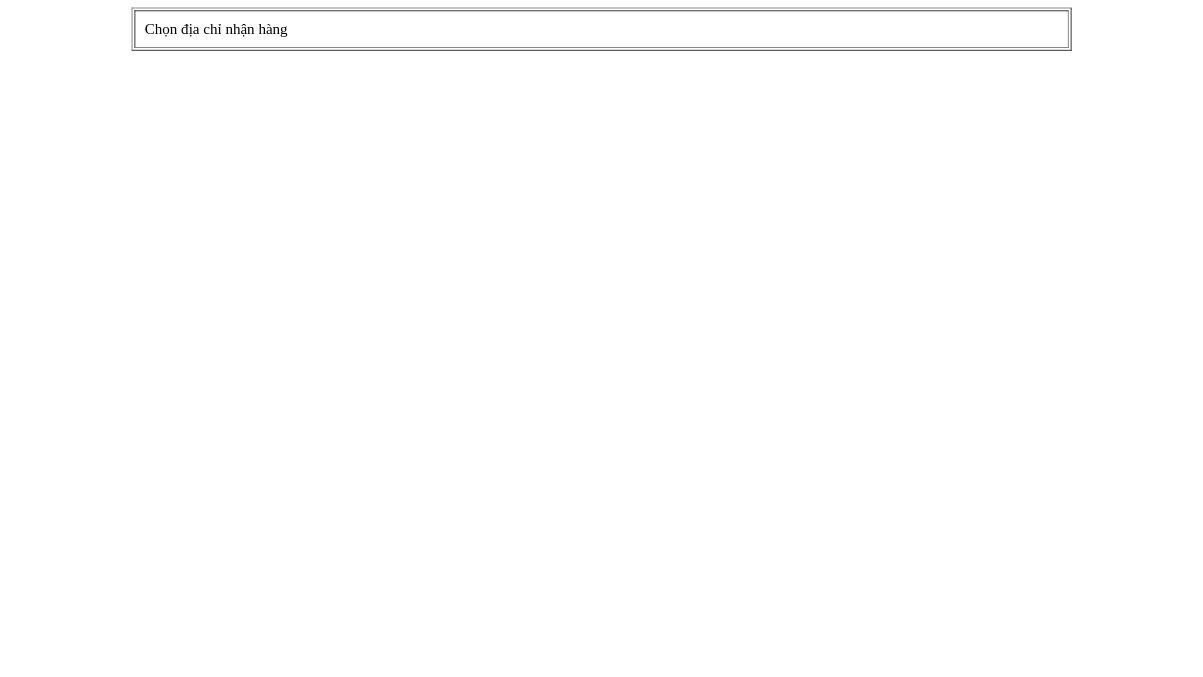
Repository: Tan-Khang21/TH_TKW--Buoi_04
Page: Bai_Tap_Tren_Lop/Bai_03/Bai_03.html
These files come from the project's save history. The page is drawn as it stood at one moment and after the next save; the edit follows.
The browser window is 1280 px wide. The pictures show the whole page, at 94% of full size.

Above is the page before, as saved 2024-03-07 20:02:46.

After the next save:
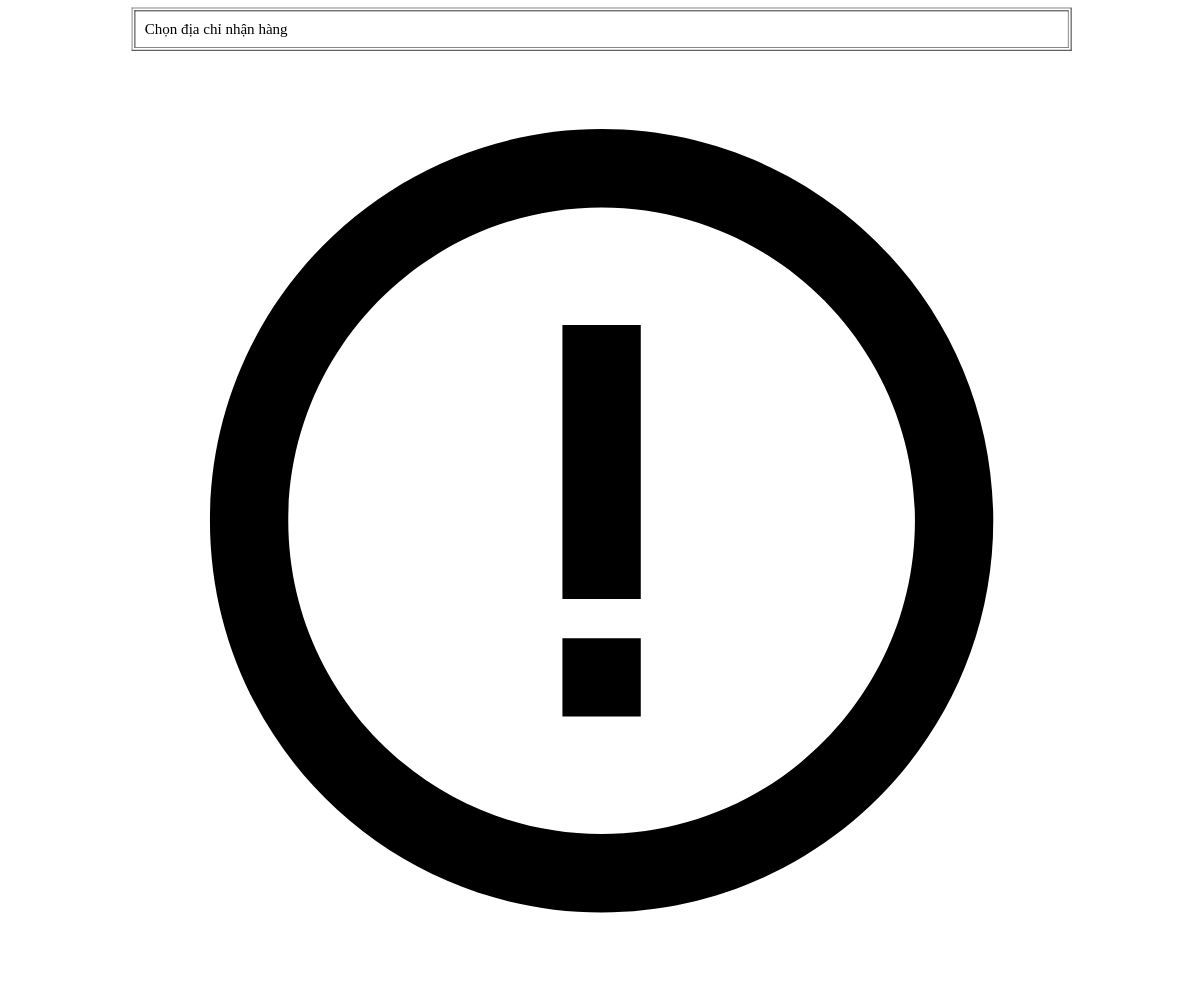
Saved 8 min 17 s later.
--- a/Bai_Tap_Tren_Lop/Bai_03/Bai_03.html
+++ b/Bai_Tap_Tren_Lop/Bai_03/Bai_03.html
@@ -13,6 +13,9 @@
     <td>Chọn địa chỉ nhận hàng</td>
 </tr>
     </table>
+    <svg viewBox="0 0 24 24">
+        <path fill="currentColor" d="M12 2C6.48 2 2 6.48 2 12s4.48 10 10 10 10-4.48 10-10S17.52 2 12 2zm0 18c-4.41 0-8-3.59-8-8s3.59-8 8-8 8 3.59 8 8-3.59 8-8 8zm-1-13h2v7h-2zm0 8h2v2h-2z"/>
+      </svg>
 </form>
 </body>
 </html>
